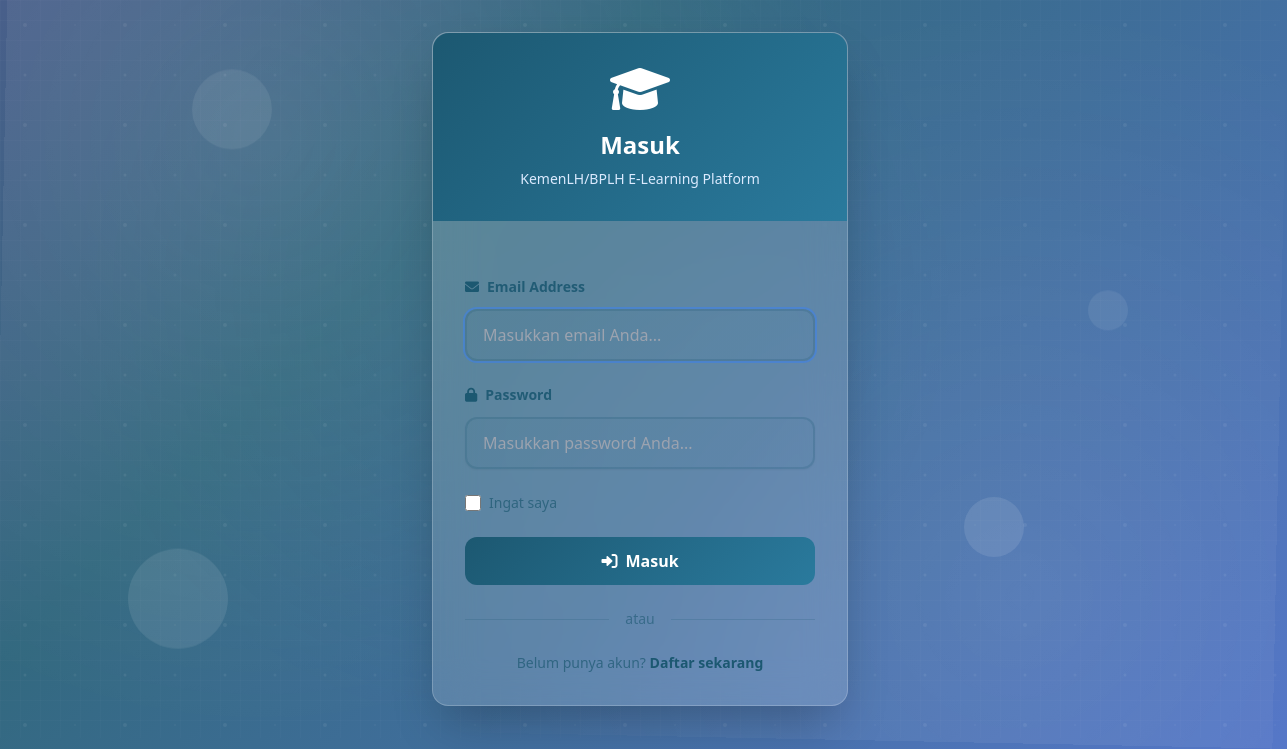
Repository: Autofat/LMS-MOOC
Page: http://localhost/login
The author's editor kept a copy of each file at every save. The page is drawn from the files as they stood at one save, then again after the next save.
The browser window is 1280 px wide. The page is 1287 px wide, so the pictures cover 1287 px, including what lies to the right of the window. The pictures show the whole page.
Some web libraries are served in a nearby version. The page is served by the project's Laravel application, run on PHP 8.4 with Laravel 12.

Above is the page before, as saved 2025-08-01 15:28:06.

After the next save:
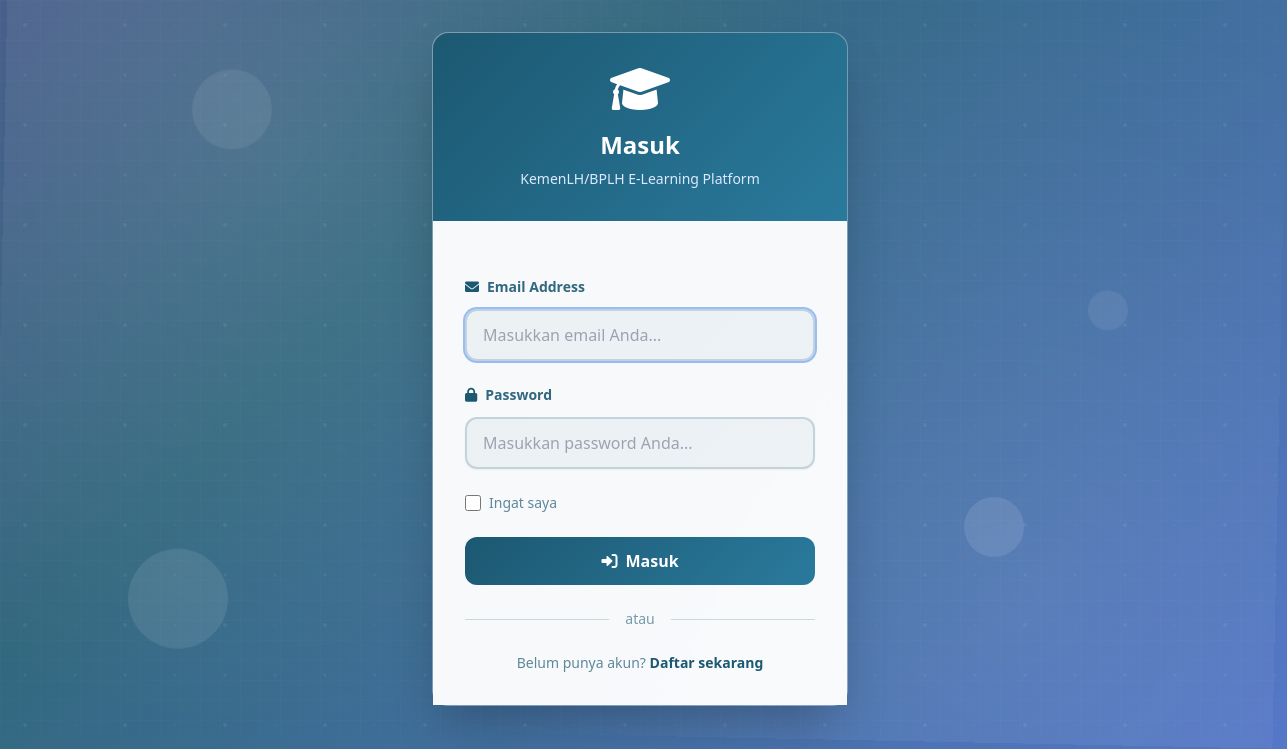
Saved 10 s later.
--- a/resources/views/auth/login.blade.php
+++ b/resources/views/auth/login.blade.php
@@ -144,10 +144,10 @@
             </div>
 
             <!-- Body -->
-            <div class="p-8">
+            <div class="p-8" style="background: rgba(255,255,255,0.95); backdrop-filter: blur(10px);">
                 <!-- Success Message -->
                 @if(session('success'))
-                    <div class="px-4 py-3 rounded-xl mb-6 flex items-center space-x-3" style="background: linear-gradient(135deg, rgba(34,197,94,0.1) 0%, rgba(16,185,129,0.08) 100%); border: 1px solid rgba(34,197,94,0.3); color: rgba(5,150,105,0.9);">
+                    <div class="px-4 py-3 rounded-xl mb-6 flex items-center space-x-3" style="background: linear-gradient(135deg, rgba(34,197,94,0.15) 0%, rgba(16,185,129,0.12) 100%); border: 1px solid rgba(34,197,94,0.3); color: rgba(5,150,105,0.9); backdrop-filter: blur(10px);">
                         <i class="fas fa-check-circle text-green-600"></i>
                         <span>{{ session('success') }}</span>
                     </div>
